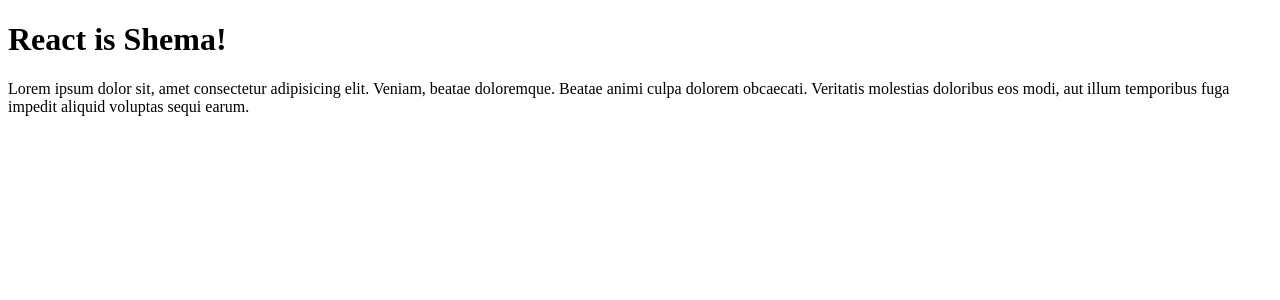
Repository: j1s00jang/frontend_bookstore
Page: /
The author's editor kept a copy of each file at every save. The page is drawn from the files as they stood at one save, then again after the next save.
The browser window is 1280 px wide. The pictures show the whole page.
The project was rebuilt for these pictures with package versions that can differ from the ones it lists, and the page was loaded fresh each time. Also part of the build but not shown: vite.config.js, src/index.css.

Above is the page before, as saved 2025-09-08 15:41:06.

### index.html
<!DOCTYPE html>
<html lang="en">
    <head>
        <meta charset="UTF-8" />
        <link
            rel="icon"
            type="image/svg+xml"
            href="/favicon.ico"
        />
        <meta
            name="viewport"
            content="width=device-width, initial-scale=1.0"
        />
        <title>Let's grab a bagel with Shema!</title>
    </head>
    <body>
        <div id="root">
            <!-- YOUR APPLICATION LIVES HERE -->
        </div>
        <script
            type="module"
            src="/src/main.jsx"
        ></script>
    </body>
</html>

### src/App.jsx
function App() {
    return (
        <div>
            <h1>React is Shema!</h1>
            <p>
                Lorem ipsum dolor sit, amet consectetur adipisicing elit.
                Veniam, beatae doloremque. Beatae animi culpa dolorem obcaecati.
                Veritatis molestias doloribus eos modi, aut illum temporibus
                fuga impedit aliquid voluptas sequi earum.
            </p>
        </div>
    );
}

export default App;

Loaded but not shown: src/main.jsx (common file)

After the next save:
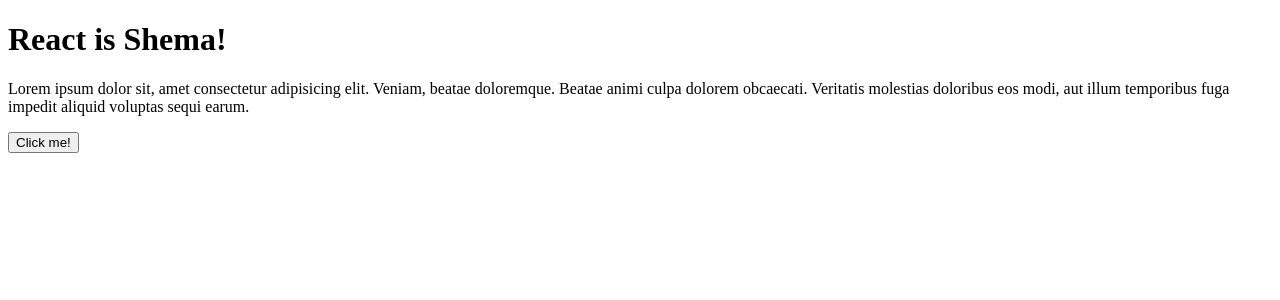
Saved 24 s later.
--- a/src/App.jsx
+++ b/src/App.jsx
@@ -8,6 +8,7 @@
                 Veritatis molestias doloribus eos modi, aut illum temporibus
                 fuga impedit aliquid voluptas sequi earum.
             </p>
+            <button>Click me!</button>
         </div>
     );
 }
